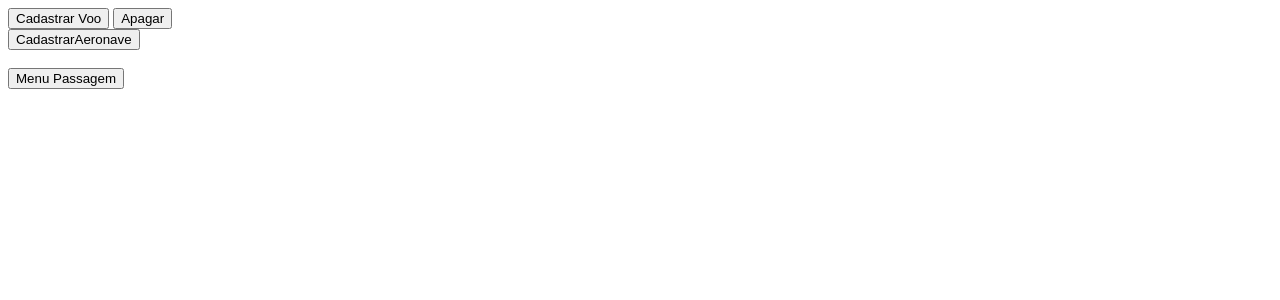
Repository: leal554/ProjetoVendaPassagemAereaWEB
Page: http://localhost/ProjetoVendaPassagemAereaWEB/Menu.jsp
An editor plug-in stored every save of this project. The page is shown before and after the next save, followed by the edit.
The browser window is 1280 px wide. The pictures show the whole page.
The page is served by Tomcat 9.

Above is the page before, as saved 2015-10-15 22:56:25.

After the next save:
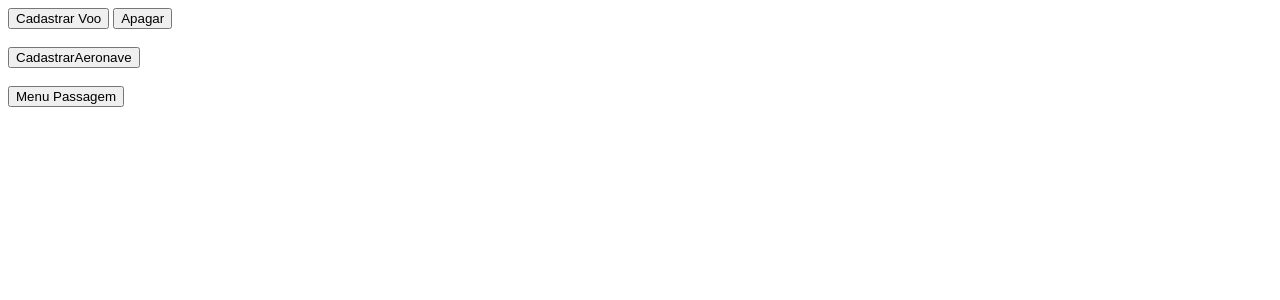
Saved 4 s later.
--- a/ProjetoVendaPassagemAereaWEB/WebContent/Menu.jsp
+++ b/ProjetoVendaPassagemAereaWEB/WebContent/Menu.jsp
@@ -9,7 +9,7 @@
 <body>
 	<div>
 		<button name="cadastrarVoo" href="./Home.jsp">Cadastrar Voo</button>
-		<button onclick="window.location.href='./Home.jsp'">Apagar</button
+		<button onclick="window.location.href='./Home.jsp'">Apagar</button>
 	</div>
 	<br>
 	<div>
